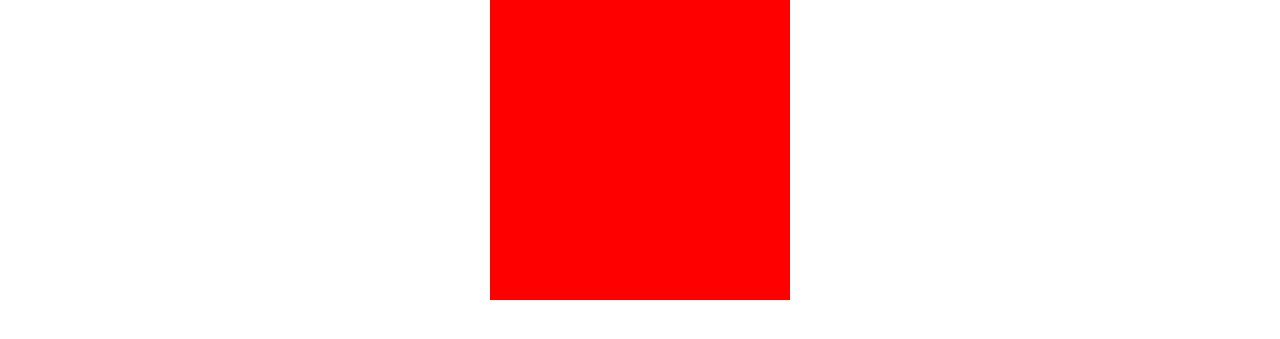
Repository: khainguyen2003/bootstrapmade
Page: header/verticalHeader/index.html
These files come from the project's save history. The page is drawn as it stood at one moment and after the next save; the edit follows.
The browser window is 1280 px wide. The pictures show the whole page.

Above is the page before, as saved 2023-01-09 23:15:46.

After the next save:
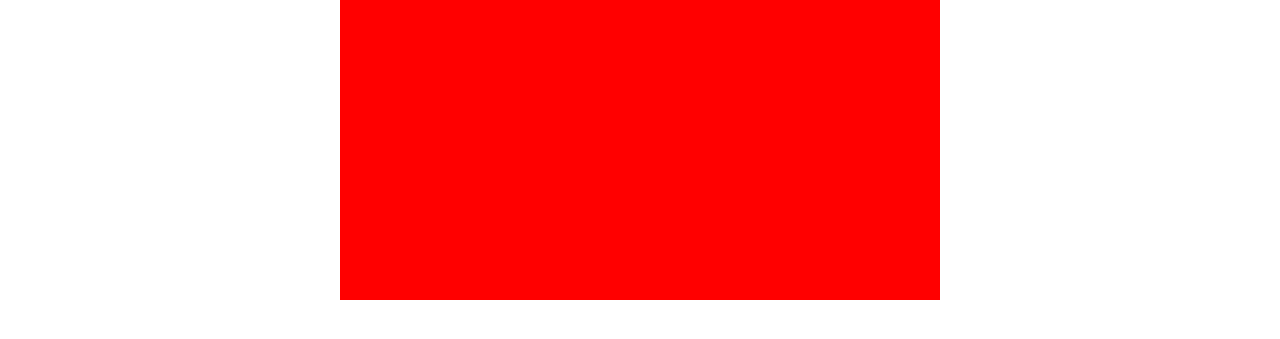
Saved 21 s later.
--- a/header/verticalHeader/index.html
+++ b/header/verticalHeader/index.html
@@ -45,6 +45,7 @@
     <!-- ====================== Header ===================== -->
     <header id="header" class="header d-flex justify-content-center">
       <nav style="width: 300px; height: 300px; background: red"></nav>
+      <nav style="width: 300px; height: 300px; background: red"></nav>
     </header>
 
     <script src="../../assets/vendor/aos/aos.js"></script>
